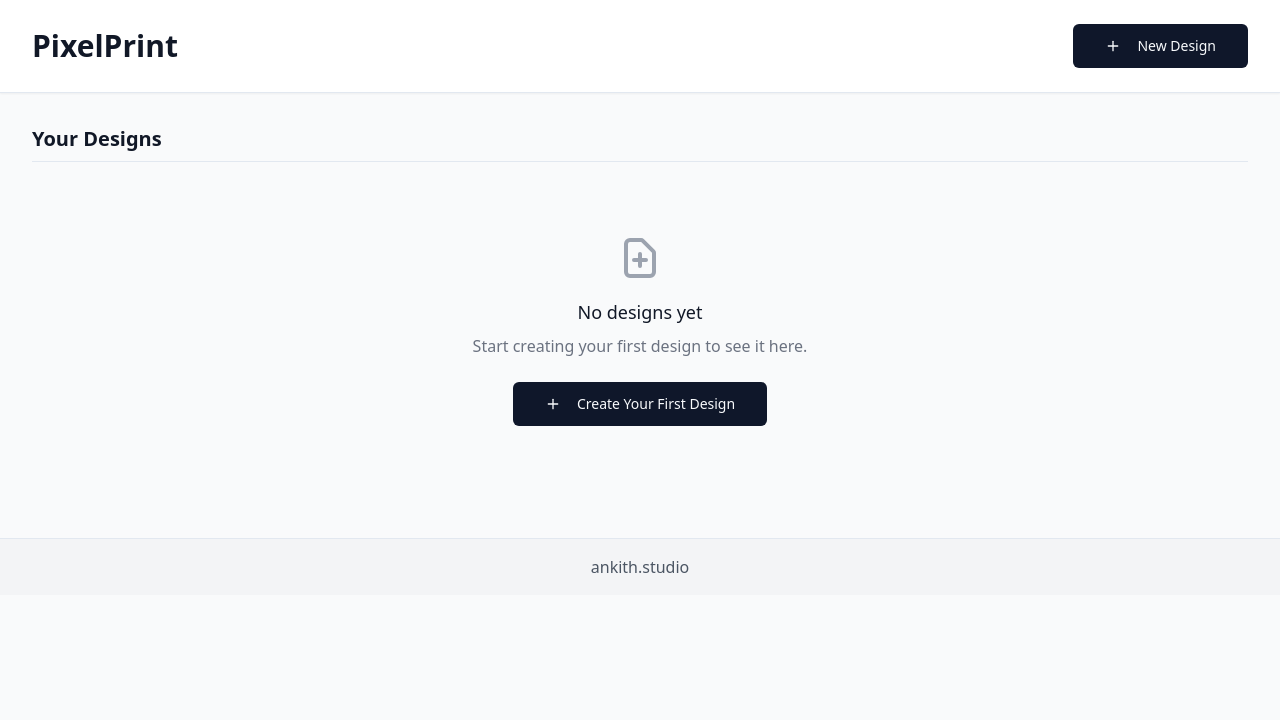
Repository: notankith/pixelprintv3
Page: /
The author's editor kept a copy of each file at every save. The page is drawn from the files as they stood at one save, then again after the next save.
The browser window is 1280 px wide. The pictures show the whole page.
The page's requests for data from a server got no answer. The project was rebuilt for these pictures with package versions that can differ from the ones it lists, and the page was loaded fresh each time. No one was signed in, and anything a server would have sent is missing. Also part of the build but not shown: vite.config.ts, src/components/ui/tooltip.tsx, src/components/ui/badge.tsx, src/components/canvas/CanvasEditor.tsx, src/components/ui/input.tsx, src/components/ui/label.tsx, src/components/ui/select.tsx, src/components/ui/checkbox.tsx and 5 more.

Above is the page before, as saved 2025-09-06 14:38:59.

### index.html
<!DOCTYPE html>
<html lang="en">
  <head>
    <meta charset="UTF-8" />
    <meta name="viewport" content="width=device-width, initial-scale=1.0" />
    <title>pixelprint-designer</title>
    <meta name="description" content="Lovable Generated Project" />
    <meta name="author" content="Lovable" />

    <meta property="og:title" content="pixelprint-designer" />
    <meta property="og:description" content="Lovable Generated Project" />
    <meta property="og:type" content="website" />
    <meta property="og:image" content="https://lovable.dev/opengraph-image-p98pqg.png" />

    <meta name="twitter:card" content="summary_large_image" />
    <meta name="twitter:site" content="@lovable_dev" />
    <meta name="twitter:image" content="https://lovable.dev/opengraph-image-p98pqg.png" />
  </head>

  <body>
    <div id="root"></div>
    <script type="module" src="/src/main.tsx"></script>
  </body>
</html>

### src/components/ui/toaster.tsx
import { useToast } from "@/hooks/use-toast"
import {
  Toast,
  ToastClose,
  ToastDescription,
  ToastProvider,
  ToastTitle,
  ToastViewport,
} from "@/components/ui/toast"

export function Toaster() {
  const { toasts } = useToast()

  return (
    <ToastProvider>
      {toasts.map(function ({ id, title, description, action, ...props }) {
        return (
          <Toast key={id} {...props}>
            <div className="grid gap-1">
              {title && <ToastTitle>{title}</ToastTitle>}
              {description && (
                <ToastDescription>{description}</ToastDescription>
              )}
            </div>
            {action}
            <ToastClose />
          </Toast>
        )
      })}
      <ToastViewport />
    </ToastProvider>
  )
}

### src/components/ui/sonner.tsx
import { useTheme } from "next-themes"
import { Toaster as Sonner, toast } from "sonner"

type ToasterProps = React.ComponentProps<typeof Sonner>

const Toaster = ({ ...props }: ToasterProps) => {
  const { theme = "system" } = useTheme()

  return (
    <Sonner
      theme={theme as ToasterProps["theme"]}
      className="toaster group"
      toastOptions={{
        classNames: {
          toast:
            "group toast group-[.toaster]:bg-background group-[.toaster]:text-foreground group-[.toaster]:border-border group-[.toaster]:shadow-lg",
          description: "group-[.toast]:text-muted-foreground",
          actionButton:
            "group-[.toast]:bg-primary group-[.toast]:text-primary-foreground",
          cancelButton:
            "group-[.toast]:bg-muted group-[.toast]:text-muted-foreground",
        },
      }}
      {...props}
    />
  )
}

export { Toaster, toast }

### src/pages/Index.tsx
import AppContainer from '@/components/AppContainer';

const Index = () => {
  return <AppContainer />;
};

export default Index;

### src/components/AppContainer.tsx
import React, { useState } from 'react';
import { Dashboard } from '@/components/Dashboard';
import { StickerDesigner } from '@/components/StickerDesigner';
import { Design } from '@/components/StickerDesigner';

type View = 'dashboard' | 'editor';

const AppContainer: React.FC = () => {
  const [currentView, setCurrentView] = useState<View>('dashboard');
  const [currentDesign, setCurrentDesign] = useState<Design | undefined>();

  const handleNavigateToEditor = (design?: Design) => {
    setCurrentDesign(design);
    setCurrentView('editor');
  };

  const handleNavigateToDashboard = () => {
    setCurrentView('dashboard');
    setCurrentDesign(undefined);
  };

  return (
    <div className="w-full h-full">
      {currentView === 'dashboard' ? (
        <Dashboard onNavigateToEditor={handleNavigateToEditor} />
      ) : (
        <StickerDesigner
          initialDesign={currentDesign}
          onNavigateBack={handleNavigateToDashboard}
        />
      )}
    </div>
  );
};

export default AppContainer;

### src/components/Dashboard.tsx
import React, { useState, useEffect } from 'react';
import { Button } from '@/components/ui/button';
import { Card, CardContent, CardHeader, CardTitle } from '@/components/ui/card';
import { Badge } from '@/components/ui/badge';
import { Separator } from '@/components/ui/separator';
import { Edit, Trash2, Printer, Plus, ExternalLink, RefreshCw } from 'lucide-react';
import { supabase } from '@/integrations/supabase/client';
import { toast } from 'sonner';
import { Design, DesignElement } from './StickerDesigner';
import { generateCanvasThumbnail, printDesign } from '@/utils/canvasUtils';
import { simplePrintDesign } from '@/utils/simplePrint';

interface DashboardProps {
  onNavigateToEditor: (design?: Design) => void;
}

interface SavedDesign extends Design {
  thumbnail?: string;
  created_at?: string;
  updated_at?: string;
}

export const Dashboard: React.FC<DashboardProps> = ({ onNavigateToEditor }) => {
  const [designs, setDesigns] = useState<SavedDesign[]>([]);
  const [isLoading, setIsLoading] = useState(true);
  const [generatingThumbnails, setGeneratingThumbnails] = useState<Set<string>>(new Set());

  // Load designs on component mount
  useEffect(() => {
    loadDesigns();
  }, []);

  const loadDesigns = async () => {
    try {
      setIsLoading(true);
      const { data, error } = await supabase
        .from('designs')
        .select('*')
        .order('created_at', { ascending: false });

      if (error) throw error;

      const formattedDesigns: SavedDesign[] = data.map(d => ({
        id: d.id,
        name: d.name,
        canvasWidth: d.canvas_width,
        canvasHeight: d.canvas_height,
        elements: Array.isArray(d.elements) ? (d.elements as unknown as DesignElement[]) : [],
        thumbnail: d.thumbnail_url,
        created_at: d.created_at,
        updated_at: d.updated_at,
      }));

      setDesigns(formattedDesigns);
    } catch (error) {
      console.error('Error loading designs:', error);
      toast.error('Failed to load designs');
    } finally {
      setIsLoading(false);
    }
  };

  const handleEdit = (design: SavedDesign) => {
    onNavigateToEditor(design);
  };

  const handleDelete = async (designId: string, designName: string) => {
    if (!window.confirm(`Are you sure you want to delete "${designName}"?`)) {
      return;
    }

    try {
      const { error } = await supabase
        .from('designs')
        .delete()
        .eq('id', designId);

      if (error) throw error;

      setDesigns(prev => prev.filter(d => d.id !== designId));
      toast.success('Design deleted successfully');
    } catch (error) {
      console.error('Error deleting design:', error);
      toast.error('Failed to delete design');
    }
  };

  const handleQuickPrint = async (design: SavedDesign) => {
    try {
      console.log('🖨️ Quick Print requested for design:', design.id);
      console.log('📋 Design data:', {
        name: design.name,
        canvasWidth: design.canvasWidth,
        canvasHeight: design.canvasHeight,
        elementsCount: design.elements?.length || 0
      });

      // Use the simple print function for testing
      await simplePrintDesign(design);
      console.log('✅ Print completed successfully');

    } catch (error) {
      console.error('❌ Error with Quick Print:', error);
      toast.error(error.message || 'Failed to print. Please try again.');
    }
  };

  const generateNewThumbnail = async (design: SavedDesign) => {
    if (generatingThumbnails.has(design.id)) return;

    setGeneratingThumbnails(prev => new Set(prev).add(design.id));

    try {
      const thumbnailDataURL = await generateCanvasThumbnail(design);

      // Update the design with the generated thumbnail
      setDesigns(prev => prev.map(d =>
        d.id === design.id ? { ...d, thumbnail: thumbnailDataURL } : d
      ));

      // Optionally save thumbnail to database
      await supabase
        .from('designs')
        .update({ thumbnail_url: thumbnailDataURL })
        .eq('id', design.id);

    } catch (error) {
      console.error('Error generating thumbnail:', error);
    } finally {
      setGeneratingThumbnails(prev => {
        const next = new Set(prev);
        next.delete(design.id);
        return next;
      });
    }
  };

  const renderThumbnail = (design: SavedDesign) => {
    const isGenerating = generatingThumbnails.has(design.id);

    // Always use the saved thumbnail_url if available
    if (design.thumbnail) {
      return (
        <div className="relative">
          <div className="w-full h-40 bg-gray-50 rounded-md border overflow-hidden">
            <img
              src={design.thumbnail}
              alt={design.name}
              className="w-full h-full object-contain"
              style={{
                imageRendering: 'crisp-edges'
              }}
            />
          </div>
          <Button
            variant="ghost"
            size="sm"
            onClick={() => generateNewThumbnail(design)}
            className="absolute top-1 right-1 h-6 w-6 p-0 bg-white/80 hover:bg-white"
            disabled={isGenerating}
          >
            <RefreshCw className={`h-3 w-3 ${isGenerating ? 'animate-spin' : ''}`} />
          </Button>
        </div>
      );
    }

    // Create a simple thumbnail representation
    const elementCount = design.elements.length;
    const hasText = design.elements.some(e => e.type === 'text');
    const hasImage = design.elements.some(e => e.type === 'image');

    return (
      <div className="relative w-full h-40 bg-gray-100 border-2 border-dashed border-gray-300 rounded-md flex flex-col items-center justify-center text-gray-500 text-sm">
        <div className="font-medium">{design.canvasWidth} × {design.canvasHeight}</div>
        <div className="mt-1">
          {elementCount} element{elementCount !== 1 ? 's' : ''}
        </div>
        <div className="flex gap-1 mt-1">
          {hasText && <Badge variant="secondary" className="text-xs">Text</Badge>}
          {hasImage && <Badge variant="secondary" className="text-xs">Image</Badge>}
        </div>
        <Button
          variant="outline"
          size="sm"
          onClick={() => generateNewThumbnail(design)}
          className="mt-2 h-6 text-xs"
          disabled={isGenerating}
        >
          {isGenerating ? (
            <>
              <RefreshCw className="h-3 w-3 animate-spin mr-1" />
              Generating...
            </>
          ) : (
            'Generate Preview'
          )}
        </Button>
      </div>
    );
  };

  const formatDate = (dateString?: string) => {
    if (!dateString) return 'Unknown';
    return new Date(dateString).toLocaleDateString('en-US', {
      year: 'numeric',
      month: 'short',
      day: 'numeric',
    });
  };

  return (
    <div className="min-h-screen bg-gray-50">
      {/* Header */}
      <div className="bg-white shadow-sm border-b">
        <div className="max-w-7xl mx-auto px-4 sm:px-6 lg:px-8 py-6">
          <div className="flex flex-col sm:flex-row sm:items-center sm:justify-between">
            <div>
              <h1 className="text-3xl font-bold text-gray-900">PixelPrint</h1>
            </div>
            <Button
              onClick={() => onNavigateToEditor()}
              className="mt-4 sm:mt-0"
              size="lg"
            >
              <Plus className="h-4 w-4 mr-2" />
              New Design
            </Button>
          </div>
        </div>
      </div>
      {/* Main Content */}
      <div className="max-w-7xl mx-auto px-4 sm:px-6 lg:px-8 py-8">
        <div className="mb-6">
          <h2 className="text-xl font-semibold text-gray-900 mb-2">Your Designs</h2>
          <Separator />
        </div>

        {isLoading ? (
          <div className="grid grid-cols-1 md:grid-cols-2 lg:grid-cols-3 xl:grid-cols-4 gap-6">
            {[...Array(8)].map((_, i) => (
              <Card key={i} className="animate-pulse">
                <CardContent className="p-4">
                  <div className="w-full h-32 bg-gray-200 rounded-md mb-4"></div>
                  <div className="h-4 bg-gray-200 rounded mb-2"></div>
                  <div className="h-3 bg-gray-200 rounded w-2/3 mb-4"></div>
                  <div className="flex gap-2">
                    <div className="h-8 bg-gray-200 rounded flex-1"></div>
                    <div className="h-8 bg-gray-200 rounded w-8"></div>
                    <div className="h-8 bg-gray-200 rounded w-8"></div>
                  </div>
                </CardContent>
              </Card>
            ))}
          </div>
        ) : designs.length === 0 ? (
          <div className="text-center py-12">
            <div className="max-w-md mx-auto">
              <div className="mb-4 text-gray-400">
                <svg className="mx-auto h-12 w-12" fill="none" viewBox="0 0 24 24" stroke="currentColor">
                  <path strokeLinecap="round" strokeLinejoin="round" strokeWidth={2} d="M9 13h6m-3-3v6m5 5H7a2 2 0 01-2-2V5a2 2 0 012-2h5.586a1 1 0 01.707.293l5.414 5.414a1 1 0 01.293.707V19a2 2 0 01-2 2z" />
                </svg>
              </div>
              <h3 className="text-lg font-medium text-gray-900 mb-2">No designs yet</h3>
              <p className="text-gray-500 mb-6">Start creating your first design to see it here.</p>
              <Button onClick={() => onNavigateToEditor()} size="lg">
                <Plus className="h-4 w-4 mr-2" />
                Create Your First Design
              </Button>
            </div>
          </div>
        ) : (
          <div className="grid grid-cols-1 md:grid-cols-2 lg:grid-cols-3 xl:grid-cols-4 gap-6">
            {designs.map((design) => (
              <Card key={design.id} className="hover:shadow-lg transition-shadow duration-200">
                <CardHeader className="pb-3">
                  <div className="aspect-video">
                    {renderThumbnail(design)}
                  </div>
                </CardHeader>
                <CardContent className="pt-0">
                  <div className="mb-3">
                    <h3 className="font-medium text-gray-900 truncate" title={design.name}>
                      {design.name}
                    </h3>
                    <p className="text-sm text-gray-500 mt-1">
                      Modified {formatDate(design.updated_at)}
                    </p>
                  </div>
                  <div className="flex gap-2">
                    <Button
                      variant="default"
                      size="sm"
                      onClick={() => handleEdit(design)}
                      className="flex-1"
                    >
                      <Edit className="h-3 w-3 mr-1" />
                      Edit
                    </Button>
                    <Button
                      variant="outline"
                      size="sm"
                      onClick={() => handleDelete(design.id, design.name)}
                      className="px-2 hover:bg-red-50 hover:border-red-200"
                    >
                      <Trash2 className="h-3 w-3 text-red-500" />
                    </Button>
                  </div>
                </CardContent>
              </Card>
            ))}
          </div>
        )}
      </div>
      {/* Footer with developer credits */}
      <footer className="w-full bg-gray-100 text-center py-4 mt-8 border-t">
        <a href="https://ankith.studio" target="_blank" rel="noopener noreferrer" className="text-gray-600 hover:text-gray-800 font-medium">
          ankith.studio
        </a>
      </footer>
    </div>
  );
};

### src/components/ui/button.tsx
import * as React from "react"
import { Slot } from "@radix-ui/react-slot"
import { cva, type VariantProps } from "class-variance-authority"

import { cn } from "@/lib/utils"

const buttonVariants = cva(
  "inline-flex items-center justify-center gap-2 whitespace-nowrap rounded-md text-sm font-medium ring-offset-background transition-colors focus-visible:outline-none focus-visible:ring-2 focus-visible:ring-ring focus-visible:ring-offset-2 disabled:pointer-events-none disabled:opacity-50 [&_svg]:pointer-events-none [&_svg]:size-4 [&_svg]:shrink-0",
  {
    variants: {
      variant: {
        default: "bg-primary text-primary-foreground hover:bg-primary/90",
        destructive:
          "bg-destructive text-destructive-foreground hover:bg-destructive/90",
        outline:
          "border border-input bg-background hover:bg-accent hover:text-accent-foreground",
        secondary:
          "bg-secondary text-secondary-foreground hover:bg-secondary/80",
        ghost: "hover:bg-accent hover:text-accent-foreground",
        link: "text-primary underline-offset-4 hover:underline",
      },
      size: {
        default: "h-10 px-4 py-2",
        sm: "h-9 rounded-md px-3",
        lg: "h-11 rounded-md px-8",
        icon: "h-10 w-10",
      },
    },
    defaultVariants: {
      variant: "default",
      size: "default",
    },
  }
)

export interface ButtonProps
  extends React.ButtonHTMLAttributes<HTMLButtonElement>,
    VariantProps<typeof buttonVariants> {
  asChild?: boolean
}

const Button = React.forwardRef<HTMLButtonElement, ButtonProps>(
  ({ className, variant, size, asChild = false, ...props }, ref) => {
    const Comp = asChild ? Slot : "button"
    return (
      <Comp
        className={cn(buttonVariants({ variant, size, className }))}
        ref={ref}
        {...props}
      />
    )
  }
)
Button.displayName = "Button"

export { Button, buttonVariants }

### src/components/ui/card.tsx
import * as React from "react"

import { cn } from "@/lib/utils"

const Card = React.forwardRef<
  HTMLDivElement,
  React.HTMLAttributes<HTMLDivElement>
>(({ className, ...props }, ref) => (
  <div
    ref={ref}
    className={cn(
      "rounded-lg border bg-card text-card-foreground shadow-sm",
      className
    )}
    {...props}
  />
))
Card.displayName = "Card"

const CardHeader = React.forwardRef<
  HTMLDivElement,
  React.HTMLAttributes<HTMLDivElement>
>(({ className, ...props }, ref) => (
  <div
    ref={ref}
    className={cn("flex flex-col space-y-1.5 p-6", className)}
    {...props}
  />
))
CardHeader.displayName = "CardHeader"

const CardTitle = React.forwardRef<
  HTMLParagraphElement,
  React.HTMLAttributes<HTMLHeadingElement>
>(({ className, ...props }, ref) => (
  <h3
    ref={ref}
    className={cn(
      "text-2xl font-semibold leading-none tracking-tight",
      className
    )}
    {...props}
  />
))
CardTitle.displayName = "CardTitle"

const CardDescription = React.forwardRef<
  HTMLParagraphElement,
  React.HTMLAttributes<HTMLParagraphElement>
>(({ className, ...props }, ref) => (
  <p
    ref={ref}
    className={cn("text-sm text-muted-foreground", className)}
    {...props}
  />
))
CardDescription.displayName = "CardDescription"

const CardContent = React.forwardRef<
  HTMLDivElement,
  React.HTMLAttributes<HTMLDivElement>
>(({ className, ...props }, ref) => (
  <div ref={ref} className={cn("p-6 pt-0", className)} {...props} />
))
CardContent.displayName = "CardContent"

const CardFooter = React.forwardRef<
  HTMLDivElement,
  React.HTMLAttributes<HTMLDivElement>
>(({ className, ...props }, ref) => (
  <div
    ref={ref}
    className={cn("flex items-center p-6 pt-0", className)}
    {...props}
  />
))
CardFooter.displayName = "CardFooter"

export { Card, CardHeader, CardFooter, CardTitle, CardDescription, CardContent }

### src/components/ui/separator.tsx
import * as React from "react"
import * as SeparatorPrimitive from "@radix-ui/react-separator"

import { cn } from "@/lib/utils"

const Separator = React.forwardRef<
  React.ElementRef<typeof SeparatorPrimitive.Root>,
  React.ComponentPropsWithoutRef<typeof SeparatorPrimitive.Root>
>(
  (
    { className, orientation = "horizontal", decorative = true, ...props },
    ref
  ) => (
    <SeparatorPrimitive.Root
      ref={ref}
      decorative={decorative}
      orientation={orientation}
      className={cn(
        "shrink-0 bg-border",
        orientation === "horizontal" ? "h-[1px] w-full" : "h-full w-[1px]",
        className
      )}
      {...props}
    />
  )
)
Separator.displayName = SeparatorPrimitive.Root.displayName

export { Separator }

### src/integrations/supabase/client.ts
// This file is automatically generated. Do not edit it directly.
import { createClient } from '@supabase/supabase-js';
import type { Database } from './types';

const SUPABASE_URL = "https://avxvritfxevmpjsfamhx.supabase.co";
const SUPABASE_PUBLISHABLE_KEY = "eyJhbGciOiJIUzI1NiIsInR5cCI6IkpXVCJ9.eyJpc3MiOiJzdXBhYmFzZSIsInJlZiI6ImF2eHZyaXRmeGV2bXBqc2ZhbWh4Iiwicm9sZSI6ImFub24iLCJpYXQiOjE3NTU3ODE2NDEsImV4cCI6MjA3MTM1NzY0MX0.f3hsTas44dBlwV0csJUwDhOkCGD-eJdBaqgJPSMSJwk";

// Import the supabase client like this:
// import { supabase } from "@/integrations/supabase/client";

export const supabase = createClient<Database>(SUPABASE_URL, SUPABASE_PUBLISHABLE_KEY, {
  auth: {
    storage: localStorage,
    persistSession: true,
    autoRefreshToken: true,
  }
});

### tailwind.config.ts
import type { Config } from "tailwindcss";

export default {
	darkMode: ["class"],
	content: [
		"./pages/**/*.{ts,tsx}",
		"./components/**/*.{ts,tsx}",
		"./app/**/*.{ts,tsx}",
		"./src/**/*.{ts,tsx}",
	],
	prefix: "",
	theme: {
		container: {
			center: true,
			padding: '2rem',
			screens: {
				'2xl': '1400px'
			}
		},
		extend: {
			colors: {
				border: 'hsl(var(--border))',
				input: 'hsl(var(--input))',
				ring: 'hsl(var(--ring))',
				background: 'hsl(var(--background))',
				foreground: 'hsl(var(--foreground))',
				primary: {
					DEFAULT: 'hsl(var(--primary))',
					foreground: 'hsl(var(--primary-foreground))'
				},
				secondary: {
					DEFAULT: 'hsl(var(--secondary))',
					foreground: 'hsl(var(--secondary-foreground))'
				},
				destructive: {
					DEFAULT: 'hsl(var(--destructive))',
					foreground: 'hsl(var(--destructive-foreground))'
				},
				muted: {
					DEFAULT: 'hsl(var(--muted))',
					foreground: 'hsl(var(--muted-foreground))'
				},
				accent: {
					DEFAULT: 'hsl(var(--accent))',
					foreground: 'hsl(var(--accent-foreground))'
				},
				popover: {
					DEFAULT: 'hsl(var(--popover))',
					foreground: 'hsl(var(--popover-foreground))'
				},
				popper: {
					DEFAULT: 'hsl(var(--popover))',
					foreground: 'hsl(var(--popover-foreground))'
				},
				beige: '#f5f5dc',
				pastel: {
					pink: '#ffe4ec',
					yellow: '#fff9d6',
					blue: '#e3f2fd',
					green: '#d6f5e3',
					purple: '#e6e6fa'
				},
				card: {
					DEFAULT: 'hsl(var(--card))',
					foreground: 'hsl(var(--card-foreground))'
				},
				sidebar: {
					DEFAULT: 'hsl(var(--sidebar-background))',
					foreground: 'hsl(var(--sidebar-foreground))',
					primary: 'hsl(var(--sidebar-primary))',
					'primary-foreground': 'hsl(var(--sidebar-primary-foreground))',
					accent: 'hsl(var(--sidebar-accent))',
					'accent-foreground': 'hsl(var(--sidebar-accent-foreground))',
					border: 'hsl(var(--sidebar-border))',
					ring: 'hsl(var(--sidebar-ring))'
				}
			},
			borderRadius: {
				lg: 'var(--radius)',
				md: 'calc(var(--radius) - 2px)',
				sm: 'calc(var(--radius) - 4px)'
			},
			keyframes: {
				'accordion-down': {
					from: {
						height: '0'
					},
					to: {
						height: 'var(--radix-accordion-content-height)'
					}
				},
				'accordion-up': {
					from: {
						height: 'var(--radix-accordion-content-height)'
					},
					to: {
						height: '0'
					}
				}
			},
			animation: {
				'accordion-down': 'accordion-down 0.2s ease-out',
				'accordion-up': 'accordion-up 0.2s ease-out'
			}
		}
	},
	plugins: [require("tailwindcss-animate")],
} satisfies Config;

Loaded but not shown: src/main.tsx (common file); src/App.tsx (common file); src/index.css (common file); src/hooks/use-toast.ts (common file); src/lib/utils.ts (common file); src/utils/canvasUtils.ts (725 lines, source omitted); src/utils/canvasManager.ts (264 lines, source omitted); src/components/ui/toast.tsx (127 lines, source omitted); src/utils/simplePrint.ts (90 lines, source omitted)

After the next save:
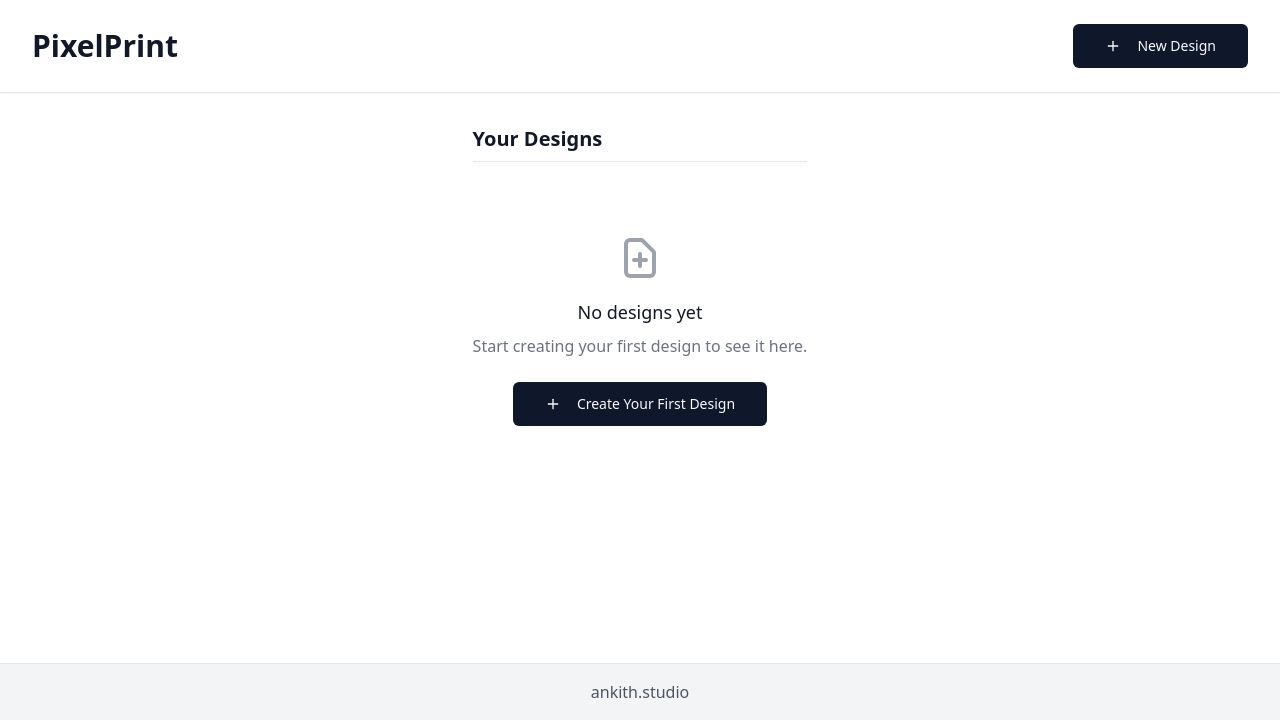
Saved 48 s later.
--- a/src/components/Dashboard.tsx
+++ b/src/components/Dashboard.tsx
@@ -210,7 +210,7 @@ export const Dashboard: React.FC<DashboardProps> = ({ onNavigateToEditor }) => {
   };
 
   return (
-    <div className="min-h-screen bg-gray-50">
+    <div className="min-h-screen flex flex-col">
       {/* Header */}
       <div className="bg-white shadow-sm border-b">
         <div className="max-w-7xl mx-auto px-4 sm:px-6 lg:px-8 py-6">
@@ -230,7 +230,7 @@ export const Dashboard: React.FC<DashboardProps> = ({ onNavigateToEditor }) => {
         </div>
       </div>
       {/* Main Content */}
-      <div className="max-w-7xl mx-auto px-4 sm:px-6 lg:px-8 py-8">
+      <div className="max-w-7xl mx-auto px-4 sm:px-6 lg:px-8 py-8 flex-1">
         <div className="mb-6">
           <h2 className="text-xl font-semibold text-gray-900 mb-2">Your Designs</h2>
           <Separator />
